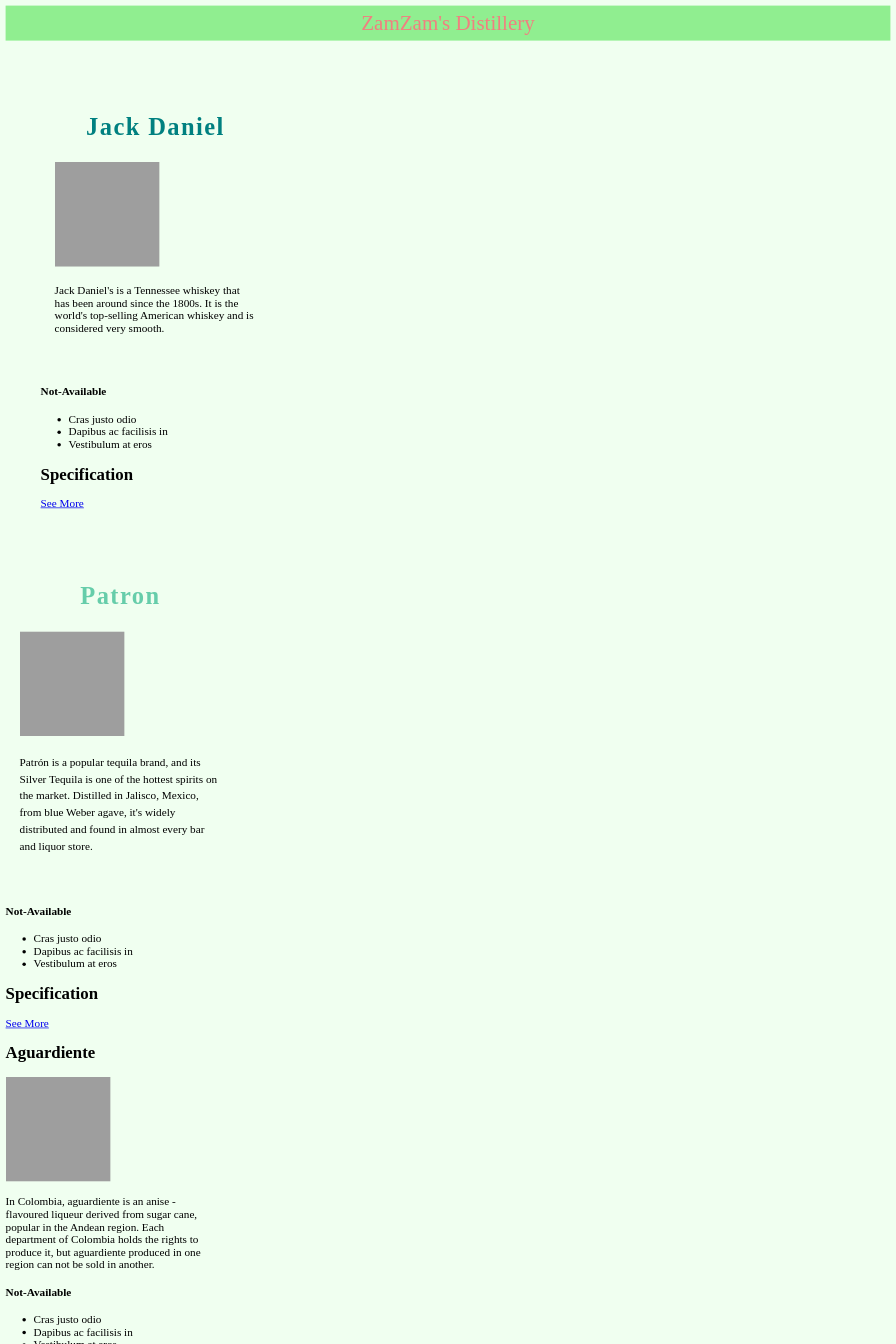
Repository: ZamlZam/REPO-11
Page: product-cards/index.html
The author's editor kept a copy of each file at every save. The page is drawn from the files as they stood at one save, then again after a run of saves.
The browser window is 1280 px wide. The pictures show the part of the page from y = 0 to 1920 px (the page is 3165 px tall), at 70% of full size.
Pictures or frames that could not be fetched are drawn as grey boxes.

Above is the page before, as saved 2023-04-14 20:29:21.

After the next 2 saves:
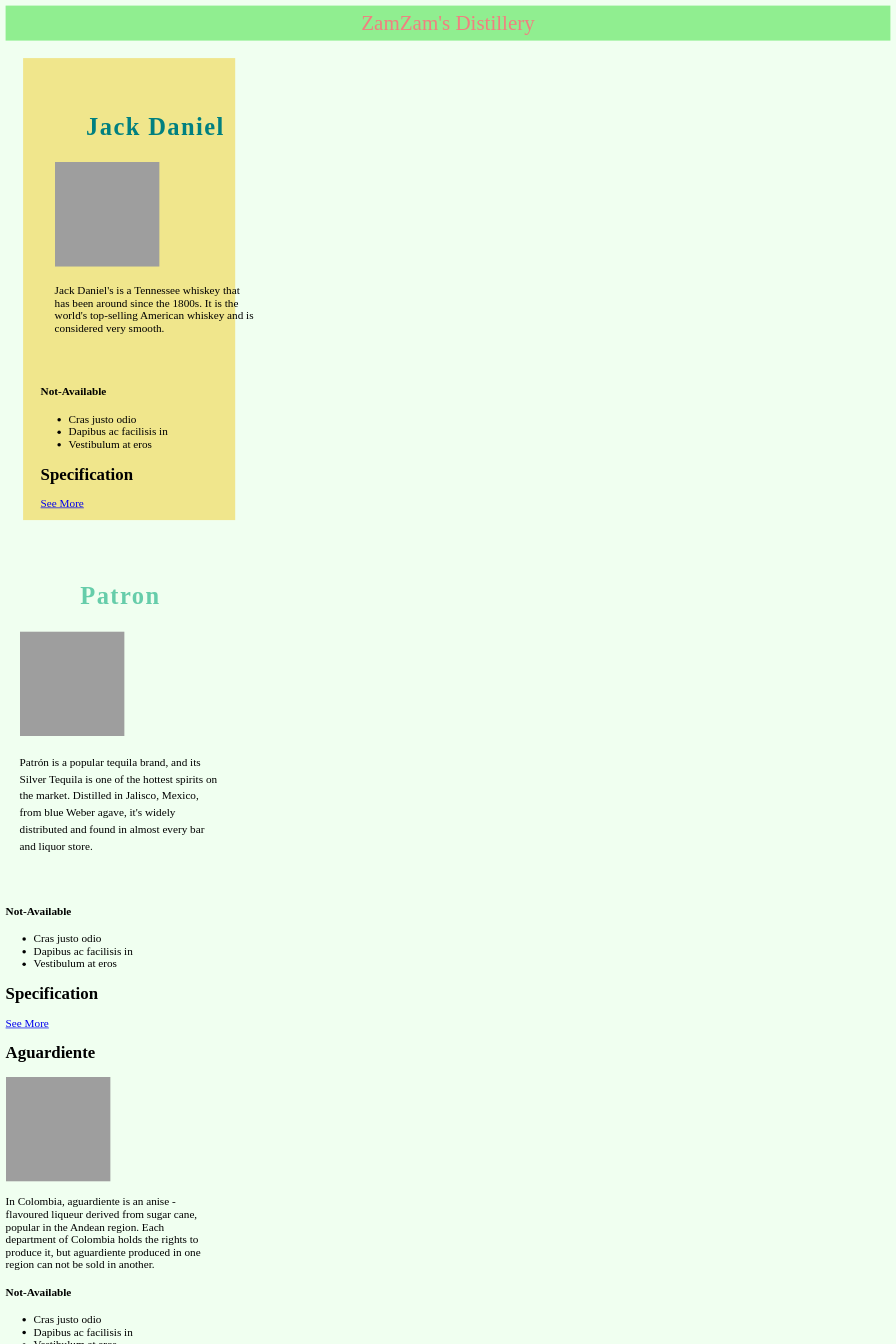
The 2 saves are shown as one change because they came seconds apart.
The last was saved 6 s later.
--- a/product-cards/main.css
+++ b/product-cards/main.css
@@ -28,7 +28,7 @@
 .card-wrap .card-item {
   padding: 15px 25px;
   width: 100%;
-  background-color:y;
+  background-color:khaki;
 }
 
 .card-wrap .card1 {
